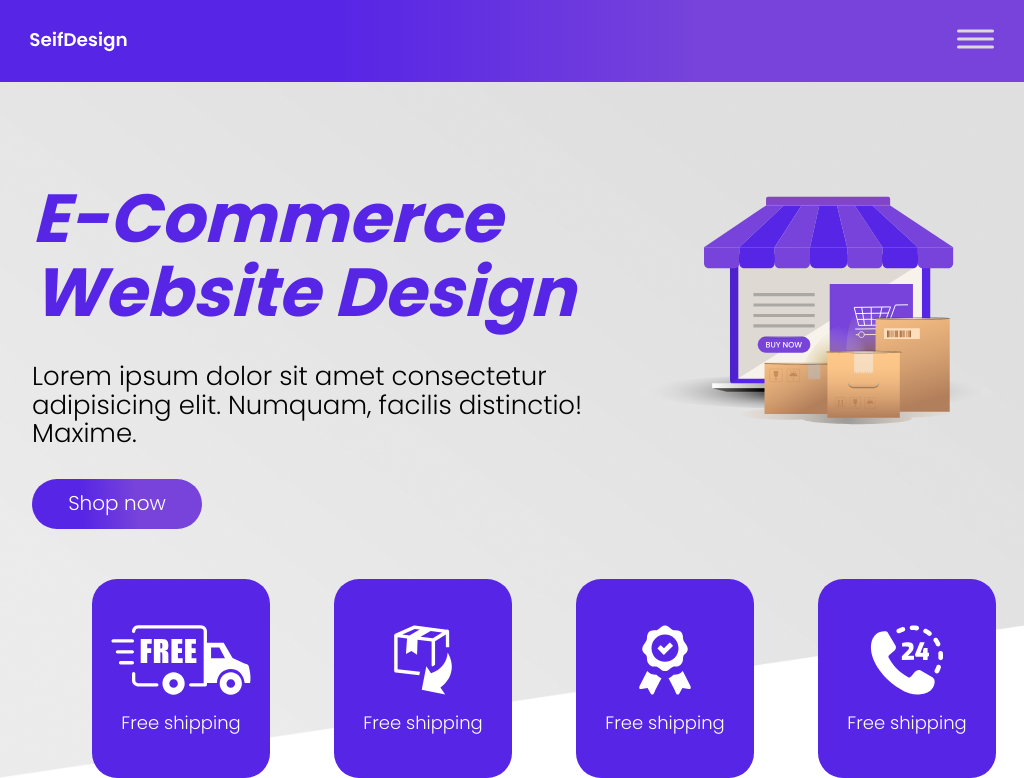
Repository: simralgasimov/newpage
Page: index.html
The author's editor kept a copy of each file at every save. The page is drawn from the files as they stood at one save, then again after the next save.
The browser window is 1024 px wide. The pictures show the whole page.
The style sheet was rebuilt from its Sass, Less or Tailwind sources for each picture, by a compiler version that may differ from the author's.

Above is the page before, as saved 2023-12-13 15:08:50.
Not found: index.js

After the next save:
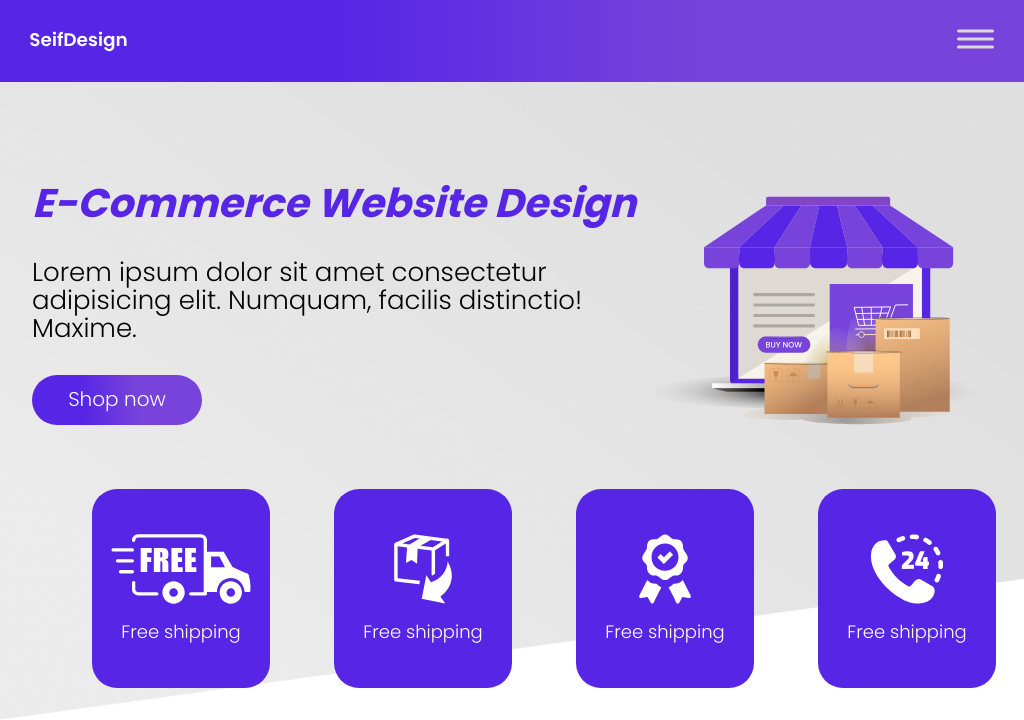
Saved 4 s later.
--- a/index.scss
+++ b/index.scss
@@ -79,7 +79,7 @@ padding-top: 100px;      }
         line-height: 109%; /* 74.12px */
         color: #5725e5;
         @media screen and (max-width: 1024px) {
-
+        font-size: 40px;
         }
 
       }
